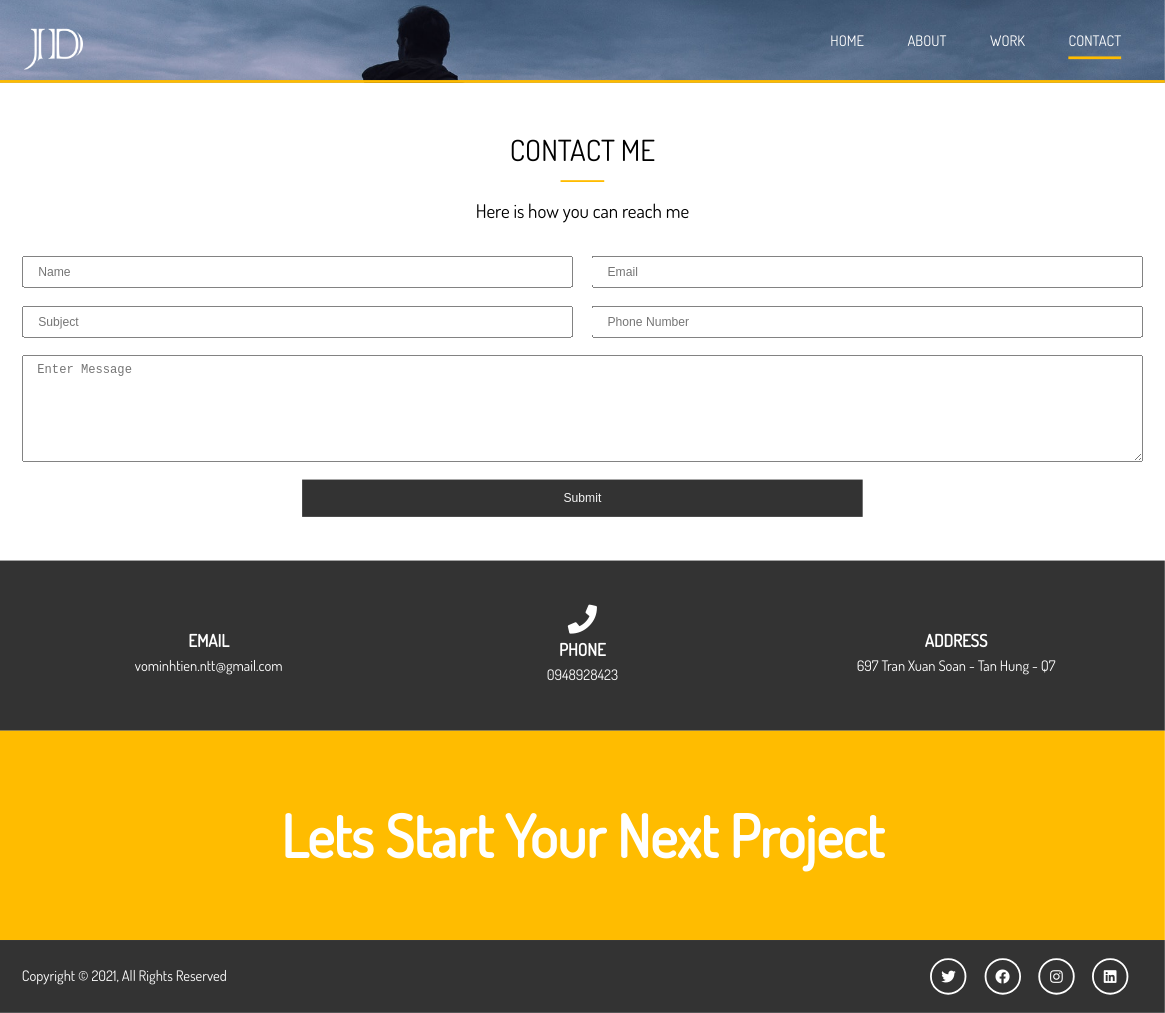
Repository: minhtien9/Portfolio_Website
Page: diet/contact.html
The author's editor kept a copy of each file at every save. The page is drawn from the files as they stood at one save, then again after the next save.
The browser window is 1280 px wide. The pictures show the whole page, at 91% of full size.

Above is the page before, as saved 2021-08-29 20:40:19.

### diet/contact.html
<!DOCTYPE html>
<html lang="en">
  <head>
    <meta charset="UTF-8" />
    <meta http-equiv="X-UA-Compatible" content="IE=edge" />
    <meta name="viewport" content="width=device-width, initial-scale=1.0" />
    <link
      rel="stylesheet"
      href="https://cdnjs.cloudflare.com/ajax/libs/font-awesome/5.15.4/css/all.min.css"
      integrity="sha512-1ycn6IcaQQ40/MKBW2W4Rhis/DbILU74C1vSrLJxCq57o941Ym01SwNsOMqvEBFlcgUa6xLiPY/NS5R+E6ztJQ=="
      crossorigin="anonymous"
      referrerpolicy="no-referrer"
    />
    <link
      href="https://fonts.googleapis.com/css2?family=Dosis&display=swap"
      rel="stylesheet"
    />
    <link rel="stylesheet" href="css/style.css" />
    <title>Contact Me || UI/UX Designer & Photographer</title>
  </head>
  <body>
    <!-- Header -->
    <header id="header-inner">
      <div class="container">
        <nav id="main-nav">
          <img src="img/logo.png" alt="My Portfolio" id="logo" />
          <ul>
            <li><a href="index.html">Home</a></li>
            <li><a href="about.html">About</a></li>
            <li><a href="work.html">Work</a></li>
            <li><a href="contact.html" class="current">Contact</a></li>
          </ul>
        </nav>
      </div>
    </header>

    <!-- Section A: Contact Form -->
    <section id="contact-a" class="text-center py-3">
      <div class="container">
        <h2 class="section-title">Contact Me</h2>
        <div class="bottom-line"></div>
        <p class="lead">Here is how you can reach me</p>
        <form>
          <div class="text-fields">
            <input
              type="text"
              class="text-input name-input"
              placeholder="Name"
            />
            <input
              type="text"
              class="text-input subject-input"
              placeholder="Subject"
            />
            <input
              type="email"
              class="text-input email-input"
              placeholder="Email"
            />
            <input
              type="text"
              class="text-input phone-input"
              placeholder="Phone Number"
            />
            <textarea
              class="text-input message-input"
              placeholder="Enter Message"
            ></textarea>
          </div>
          <button type="submit" class="btn-dark">Submit</button>
        </form>
      </div>
    </section>

    <!-- Section B: Contact Info -->
    <section id="contact-b" class="py-3 bg-dark">
      <div class="container">
        <div class="contact-info">
          <div>
            <i class="fas fa-evenlope fa-2x"></i>
            <h3>Email</h3>
            <p>vominhtien.ntt@gmail.com</p>
          </div>
          <div>
            <i class="fas fa-phone fa-2x"></i>
            <h3>Phone</h3>
            <p>0948928423</p>
          </div>
          <div>
            <i class="fas fa-address fa-2x"></i>
            <h3>Address</h3>
            <p>697 Tran Xuan Soan - Tan Hung - Q7</p>
          </div>
        </div>
      </div>
    </section>

    <!-- Section C: Tagline -->
    <section id="contact-c" class="bg-main py-4">
      <div class="container">
        <h1>Lets Start Your Next Project</h1>
      </div>
    </section>

    <!-- Footer -->
    <footer id="main-footer">
      <div class="footer-content container">
        <p>Copyright &copy; 2021, All Rights Reserved</p>
        <div class="social">
          <i class="fab fa-twitter"></i>
          <i class="fab fa-facebook"></i>
          <i class="fab fa-instagram"></i>
          <i class="fab fa-linkedin"></i>
        </div>
      </div>
    </footer>

    <!-- <script src="js/typewriter.js"></script> -->
  </body>
</html>

### diet/css/style.css
.container {
  max-width: 1280px;
  padding: 0 1.5rem;
  margin: auto;
  overflow: hidden;
}

.btn-dark, .btn-light, .btn-main {
  display: inline-block;
  padding: 0.8rem 2rem;
  transition: all 0.5s;
  border: none;
  cursor: pointer;
}

.btn-main {
  color: #333;
  background-color: #ffbc00;
}
.btn-light {
  color: #333;
  background-color: #f4f4f4;
}
.btn-dark {
  color: #f4f4f4;
  background-color: #333;
}

button[class^=btn-]:hover,
a[class^=btn-]:hover,
input[class^=btn-]:hover {
  background-color: #ffbc00;
}

.bg-main {
  background: #ffbc00;
  color: #fff;
}
.bg-dark {
  background: #333;
  color: #fff;
}
.bg-light {
  background: #f4f4f4;
  color: #000;
}
.bg-medium {
  background: #ccc;
  color: #000;
}

.lead {
  font-size: 1.3rem;
  margin-bottom: 2rem;
}

.text-center {
  text-align: center;
}

.py-1 {
  padding: 1rem 0;
}
.py-2 {
  padding: 2rem 0;
}
.py-3 {
  padding: 3rem 0;
}
.py-4 {
  padding: 4rem 0;
}

.ny-1 {
  margin: 1rem 0;
}
.ny-2 {
  margin: 2rem 0;
}
.ny-3 {
  margin: 3rem 0;
}
.ny-4 {
  margin: 4rem 0;
}

.section-title {
  font-size: 2rem;
  display: block;
  padding-bottom: 0.5rem;
  text-align: center;
  font-weight: 100;
  text-transform: uppercase;
}

.bottom-line {
  height: 2px;
  width: 3rem;
  background: #ffbc00;
  display: block;
  margin: 0 auto 1rem auto;
}

.items {
  display: grid;
  grid-template-columns: repeat(3, 1fr);
  box-shadow: 0 5px 10px 0 rgba(0, 0, 0, 0.3);
}

.item {
  position: relative;
  background: #ffbc00;
  overflow: hidden;
}
.item:after {
  content: "";
  position: absolute;
  display: block;
  background: inherit;
  opacity: 0.9;
  top: 0;
  left: 0;
  width: 100%;
  height: 100%;
  transform: scale(2) translateX(-75%) translateY(-75%) rotate(-28deg);
  transition: transform 3s cubic-bezier(0.2, 1, 0.3, 1);
}
.item:hover:after {
  transform: scale(2) translateX(0) translateY(0) rotate(-28deg);
}
.item:hover .item-image {
  transform: scale(1.2);
}
.item:hover .item-text {
  opacity: 1;
  transform: translateY(0);
}
.item-image {
  height: auto;
  transform: translateZ(0);
  display: block;
  transition: transform 750ms cubic-bezier(0.2, 1, 0.3, 1);
}
.item-image:before {
  content: "";
  display: block;
  padding-top: 75%;
  overflow: hidden;
}
.item-image img {
  position: absolute;
  top: 0;
  left: 0;
  width: 100%;
  height: auto;
  line-height: 0;
}
.item-text {
  position: absolute;
  top: 0;
  left: 0;
  bottom: 0;
  right: 0;
  opacity: 0;
  text-align: center;
  z-index: 1;
  color: #fff;
  transform: translateY(-20%);
  transition: opacity 500ms cubic-bezier(0.2, 1, 0.3, 1), transform 500ms cubic-bezier(0.2, 1, 0.3, 1);
  transition-delay: 300ms;
}
.item-text-wrap {
  position: absolute;
  width: 100%;
  top: 50%;
  transform: translateY(-50%);
}
.item-text-title {
  font-size: 2rem;
  padding: 0 1rem;
  margin: 5px 0 0 0;
}
.item-text-category {
  text-transform: uppercase;
  font-size: 1.2rem;
  opacity: 0.7;
  margin: 0;
}

* {
  margin: 0;
  padding: 0;
}

body {
  font-family: "Dosis", sans-serif;
  line-height: 1.6;
  background: #fff;
}

a {
  text-decoration: none;
  color: #333;
}

ul {
  list-style: none;
}

h2,
h3,
h4 {
  text-transform: uppercase;
}

img {
  width: 100%;
}

#logo {
  width: 70px;
  height: 70px;
  color: #fff;
  text-transform: uppercase;
}

#main-nav {
  display: flex;
  justify-content: space-between;
  padding-top: 1rem;
}
#main-nav ul {
  display: flex;
}
#main-nav li {
  padding: 1rem 1.5rem;
}
#main-nav a {
  text-decoration: none;
  color: #fff;
  text-transform: uppercase;
  border-bottom: 3px transparent solid;
  padding-bottom: 0.5rem;
  transition: border-color 0.5s;
}
#main-nav a:hover {
  border-color: #ccc;
}
#main-nav a.current {
  border-color: #ffbc00;
}

#header-home {
  background: url("../img/showcase.jpg") no-repeat center right/cover;
  height: 100vh;
  color: #fff;
}
#header-home .header-content {
  text-align: center;
  padding-top: 20%;
}
#header-home .header-content h1 {
  font-size: 4rem;
  line-height: 1.2;
}
#header-inner {
  background: url("../img/showcase.jpg") no-repeat 20% 30%/cover;
  height: 5.5rem;
  border-bottom: 3px solid #ffbc00;
}

#home-a .specials {
  margin-top: 3rem;
  display: grid;
  grid-gap: 1rem;
  grid-template-columns: repeat(4, 1fr);
}
#home-a .specials .fas {
  color: #ffbc00;
  padding-bottom: 0.4rem;
}
#home-b .stats {
  display: grid;
  grid-template-columns: repeat(4, 1fr);
}
#home-b .stats li {
  line-height: 2;
}
#home-b .stats li.stats-title {
  font-size: 1.5rem;
}
#home-b .stats li.stats-number {
  font-size: 2rem;
  font-weight: bold;
}
#home-b .stats div {
  padding: 3rem 0;
}
#home-b .stats div:nth-child(odd) {
  background: #f4f4f4;
}
#home-b .stats div:nth-child(even) {
  background: #ccc;
}
#home-c .process {
  display: grid;
  grid-template-columns: repeat(4, 1fr);
  grid-gap: 1.5rem;
  text-align: center;
}
#home-c .process-step {
  position: absolute;
  top: 0;
  right: 0;
  font-size: 28px;
  background: #ffbc00;
  color: #fff;
  border-radius: 50%;
  height: 15px;
  width: 15px;
  line-height: 15px;
  padding: 1rem;
  transition: all 1s;
}
#home-c .process-icon {
  border-radius: 50%;
  background: #333;
  color: #fff;
  padding: 2rem;
  width: 70px;
  height: 70px;
  line-height: 70px;
  text-align: center;
  position: relative;
  transition: all 1s;
}
#home-c .process-icon:hover {
  background: #ffbc00;
  width: 90px;
  height: 90px;
  line-height: 90px;
}
#home-c .process-icon:hover .process-step {
  background: #333;
  color: #fff;
}

#about-a .about-info {
  display: grid;
  grid-template-areas: "bioimage bio bio" "aw1 aw2 aw3";
  grid-gap: 1.2rem;
}
#about-a .bio-image {
  grid-area: bioimage;
}
#about-a .bio {
  grid-area: bio;
  border-left: 3px solid #ffbc00;
  padding: 0.8rem;
}
#about-a .award-1 {
  grid-area: aw1;
}
#about-a .award-2 {
  grid-area: aw2;
}
#about-a .award-3 {
  grid-area: aw3;
}
#about-a .award-1 .fas,
#about-a .award-2 .fas,
#about-a .award-3 .fas {
  color: #ffbc00;
  margin: 1rem;
}
#about-b .progress {
  overflow: hidden;
  height: 20px;
  background: #ccc;
  border-radius: 5px;
  margin-bottom: 0.6rem;
}
#about-b .progress div {
  height: 100%;
  color: #fff;
  text-align: center;
  background: #ffbc00;
}
#about-c .about-logos {
  display: grid;
  grid-template-columns: repeat(4, 1fr);
  grid-gap: 2rem;
}
#about-c .about-logos img {
  width: 70%;
}
#about-d .testimonials {
  display: grid;
  grid-template-columns: repeat(4, 1fr);
  grid-gap: 0.5rem;
}
#about-d .testimonials ul {
  list-style: none;
  margin-top: 1rem;
  display: flex;
  align-items: center;
}
#about-d .testimonials p {
  border: 1px solid #ccc;
  border-radius: 5px;
  padding: 0.5rem;
}
#about-d .testimonials img {
  width: 50px;
  height: 50px;
  border-radius: 50%;
  margin-right: 0.5rem;
}

#contact-a .text-fields {
  display: grid;
  grid-template-areas: "name email" "subject phone" "message message";
  grid-gap: 1.2rem;
  margin-bottom: 1.2rem;
}
#contact-a .text-fields .name-input {
  grid-area: name;
}
#contact-a .text-fields .subject-input {
  grid-area: subject;
}
#contact-a .text-fields .email-input {
  grid-area: email;
}
#contact-a .text-fields .phone-input {
  grid-area: phone;
}
#contact-a .text-fields .message-input {
  grid-area: message;
  height: 100px;
}
#contact-a .text-fields .text-input {
  padding: 0.5rem 1rem;
}
#contact-a button[type=submit] {
  width: 50%;
}
#contact-b .contact-info {
  display: grid;
  grid-template-columns: repeat(3, 1fr);
  text-align: center;
}
#contact-c h1 {
  text-align: center;
  font-size: 4rem;
}

#main-footer {
  background: #333;
  color: #fff;
  height: 5rem;
}
#main-footer .footer-content {
  display: flex;
  justify-content: space-between;
  height: 5rem;
  align-items: center;
}
#main-footer .footer-content .social .fab {
  margin-right: 1rem;
  border: 2px solid #fff;
  border-radius: 50%;
  height: 20px;
  width: 20px;
  line-height: 20px;
  text-align: center;
  padding: 0.5rem;
}
#main-footer .footer-content .social .fab:hover {
  background: #ffbc00;
  cursor: pointer;
}

@media (max-width: 800px) {
  #header-home {
    height: 30rem;
  }
  #header-home .header-content {
    padding-top: 5rem;
  }
}
@media (max-width: 500px) {
  #main-nav {
    flex-direction: column;
    align-items: center;
  }
  #main-nav li {
    padding: 1rem;
  }

  #header-home {
    height: 10rem;
    border-bottom: 3px solid #ffbc00;
    background-position: 20% 30%;
  }
  #header-home .header-content {
    display: none;
  }
  #header-inner {
    height: 10rem;
  }

  #home-a .specials,
#home-b .stats,
#home-c .process,
#about-d .testimonials,
#contact-b .contact-info,
.items {
    grid-template-columns: 1fr;
  }

  #home-a .specials div {
    border-bottom: 1px #f4f4f4 solid;
    padding-bottom: 1rem;
  }
  #home-a .specials div:last-child {
    border: none;
    padding-bottom: 0;
  }
  #home-b .stats div {
    padding: 2rem 0 1rem 0;
  }

  #about-a .about-info {
    grid-template-areas: "bioimage" "bio" "aw1" "aw2" "aw3";
  }
  #about-c {
    display: none;
  }

  #contact-a .text-fields {
    grid-template-areas: "name" "subject" "email" "phone" "message";
  }
  #contact-b div {
    margin-bottom: 1rem;
    padding-bottom: 1rem;
    border-bottom: 1px solid #555;
  }
  #contact-b div:last-child {
    border: none;
    margin-bottom: 0;
    padding-bottom: 0;
  }
  #contact-c h1 {
    font-size: 2rem;
  }

  #main-footer {
    height: 7rem;
  }
  #main-footer .footer-content {
    flex-direction: column;
    padding: 1rem;
    height: 5rem;
  }
}
@media (max-height: 580px) {
  #header-home .header-content {
    padding-top: 3rem;
  }
}
@media (max-height: 330px) {
  #header-home .header-content h1 {
    font-size: 2rem;
  }
}

/*# sourceMappingURL=style.css.map */

After the next save:
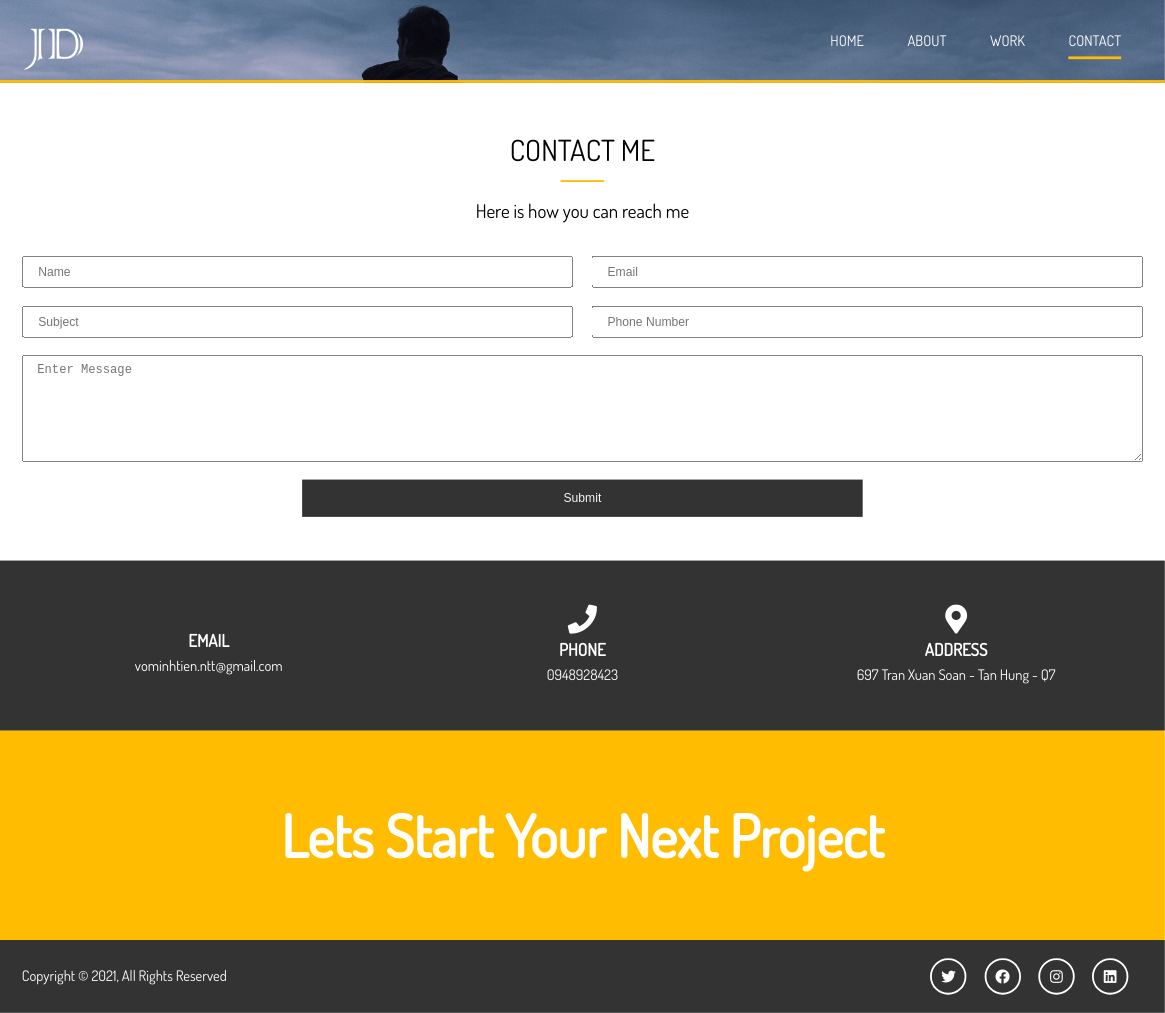
Saved 3 min 31 s later.
--- a/diet/contact.html
+++ b/diet/contact.html
@@ -87,7 +87,7 @@
             <p>0948928423</p>
           </div>
           <div>
-            <i class="fas fa-address fa-2x"></i>
+            <i class="fas fa-map-marker-alt fa-2x"></i>
             <h3>Address</h3>
             <p>697 Tran Xuan Soan - Tan Hung - Q7</p>
           </div>
